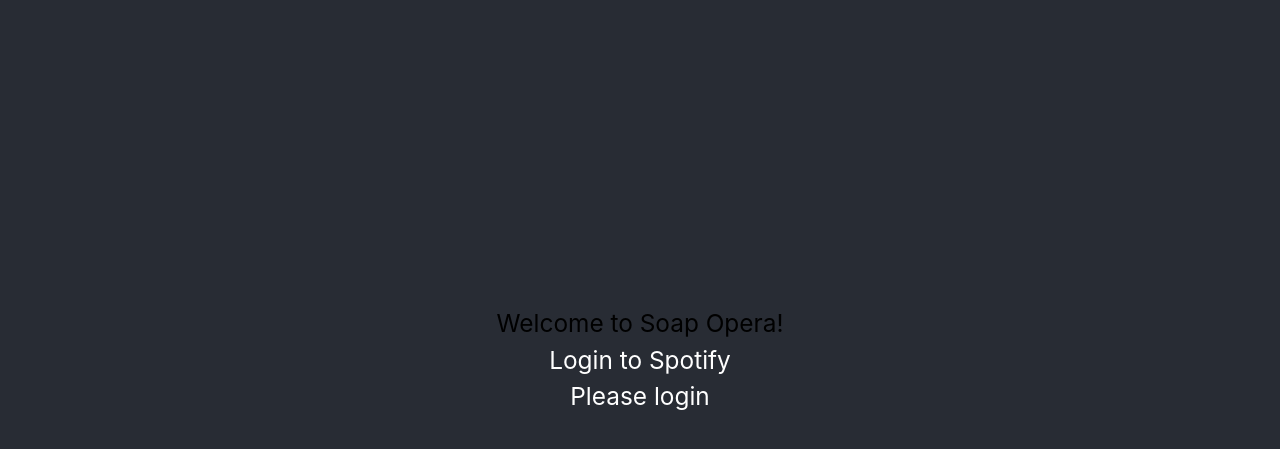
Repository: kayacancode/soapopera
Page: /
An editor plug-in stored every save of this project. The page is shown before and after the next save, followed by the edit.
The browser window is 1280 px wide. The pictures show the whole page.
The project was rebuilt for these pictures with package versions that can differ from the ones it lists, and the page was loaded fresh each time.

Above is the page before, as saved 2023-04-22 17:29:29.

### src/App.js
import {useEffect, useState} from "react";
import './App.css';
import axios from 'axios';

function App() {
    const CLIENT_ID = "11e1a8a6d9664d7f9eefd2e7de958a15"
    const REDIRECT_URI = "http://localhost:3000"
    const AUTH_ENDPOINT = "https://accounts.spotify.com/authorize"
    const RESPONSE_TYPE = "token"

    const [token, setToken] = useState("")
    const [searchKey, setSearchKey] = useState("")
    const [artists, setArtists] = useState([])
    const [playlists, setPlaylists] = useState([])
    const [selectedPlaylist, setSelectedPlaylist] = useState(null)
    const [playlistTracks, setPlaylistTracks] = useState([])
    const [userTracks, setUserTracks] = useState([])
    useEffect(() => {
        const hash = window.location.hash
        let token = window.localStorage.getItem("token")

        if (!token && hash) {
            token = hash.substring(1).split("&").find(elem => elem.startsWith("access_token")).split("=")[1]

            window.location.hash = ""
            window.localStorage.setItem("token", token)
        }

        setToken(token)

    }, [])

    useEffect(() => {
        const getPlaylists = async () => {
            try {
                const {data} = await axios.get("https://api.spotify.com/v1/me/playlists", {
                    headers: {
                        Authorization: `Bearer ${token}`
                    },
                })

                setPlaylists(data.items)
            } catch (e) {
                console.error(e)
            }
        }

        if (token) {
            getPlaylists()
        }

    }, [token])

    const logout = () => {
        setToken("")
        window.localStorage.removeItem("token")
    }

    const searchArtists = async (e) => {
        e.preventDefault()
        const {data} = await axios.get("https://api.spotify.com/v1/search", {
            headers: {
                Authorization: `Bearer ${token}`
            },
            params: {
                q: searchKey,
                type: "artist"
            }
        })

        setArtists(data.artists.items)
    }

    const renderArtists = () => {
        return artists.map(artist => (
            <div key={artist.id}>
                {artist.images.length ? <img width={"100%"} src={artist.images[0].url} alt=""/> : <div>No Image</div>}
                {artist.name}
            </div>
        ))
    }

    const handlePlaylistClick = async (playlist) => {
        setSelectedPlaylist(playlist)

        try {
            const {data} = await axios.get(`https://api.spotify.com/v1/playlists/${playlist.id}/tracks`, {
                headers: {
                    Authorization: `Bearer ${token}`
                },
            })

            setPlaylistTracks(data.items)
        } catch (e) {
            console.error(e)
        }
    }

    const renderPlaylists = () => {
        return playlists.map(playlist => (
            <div key={playlist.id} onClick={() => handlePlaylistClick(playlist)}>
                {playlist.images.length ? <img width={"100%"} src={playlist.images[0].url} alt=""/> : <div>No Image</div>}
            {playlist.name}
        </div>
    ))
}

const renderUserTracks = () => {
    return userTracks.map(userTracks => (
        <div key={userTracks.id} onClick={() => handlePlaylistClick(userTracks)}>
        {userTracks.name}
    </div>
))
}

const renderusertracks = () => {
    return userTracks.map(track => {
        <div key={track.track.id}>
   {track.track.name} - {track.track.artists.map(artist => artist.name).join(", ")}

        </div>
    })
}

const renderPlaylistTracks = () => {
  return playlistTracks.map(track => {
      const durationInMs = track.track.duration_ms;
      const durationInMin = durationInMs / 60000;
      const durationString = durationInMin.toFixed(2) + ' minutes';
      return (
          <div key={track.track.id}>
              {track.track.name} - {durationString} - {track.track.artists.map(artist => artist.name).join(", ")}
          </div>
      );
  });
};

return (
    <div className="App">
        <header className="App-header">
            <h1 className="text-black">Welcome to Soap Opera! </h1>
            {!token ?
                <a href={`${AUTH_ENDPOINT}?client_id=${CLIENT_ID}&redirect_uri=${REDIRECT_URI}&response_type=${RESPONSE_TYPE}`}>Login
                    to Spotify</a>
                : <button onClick={logout}>Logout</button>}

            {token ?
                <div>
                    <h1>Select a Spotify Playlist</h1>

                    <h2>My Playlists:</h2>
                    {renderPlaylists()}

                    {selectedPlaylist && (
                        <div>
                            <h2>{selectedPlaylist.name} Tracks:</h2>
                            {renderPlaylistTracks()}
                        </div>
                    )}

                </div>

                : <h2>Please login</h2>
            }

            {artists.length > 0 && (
                <div>
                    <h2>Search Results:</h2>
                    {renderArtists()}
                </div>
            )}

        </header>
    </div>
);
            }
            export default App;

Loaded but not shown: public/index.html (common file); src/index.js (common file); src/index.css (common file); src/reportWebVitals.js (common file); src/App.css (common file); tailwind.config.js (common file)

After the next save:
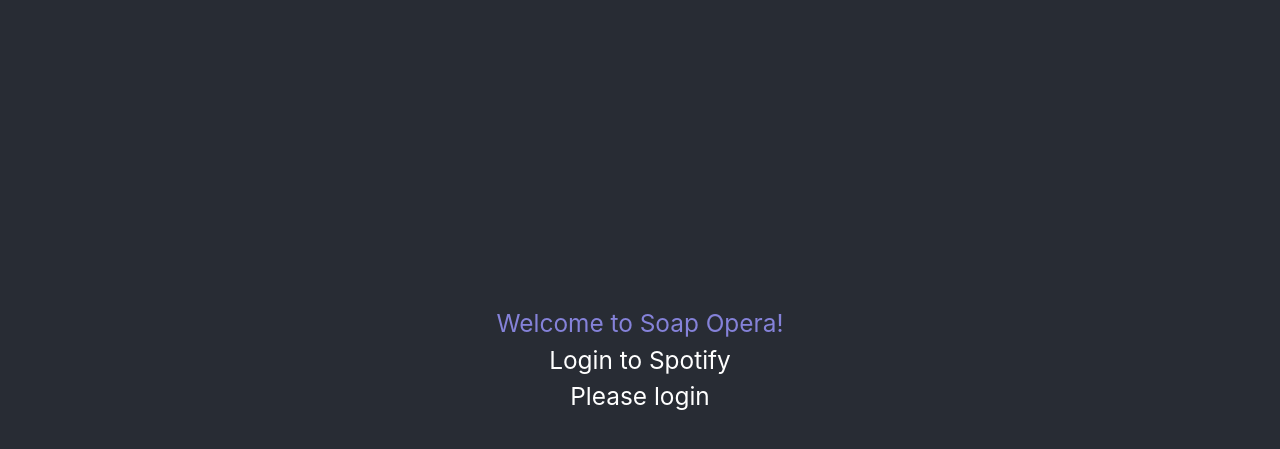
Saved 44 s later.
--- a/src/App.js
+++ b/src/App.js
@@ -138,7 +138,7 @@
 return (
     <div className="App">
         <header className="App-header">
-            <h1 className="text-black">Welcome to Soap Opera! </h1>
+            <h1 className="text-[#8582d9]">Welcome to Soap Opera! </h1>
             {!token ?
                 <a href={`${AUTH_ENDPOINT}?client_id=${CLIENT_ID}&redirect_uri=${REDIRECT_URI}&response_type=${RESPONSE_TYPE}`}>Login
                     to Spotify</a>
